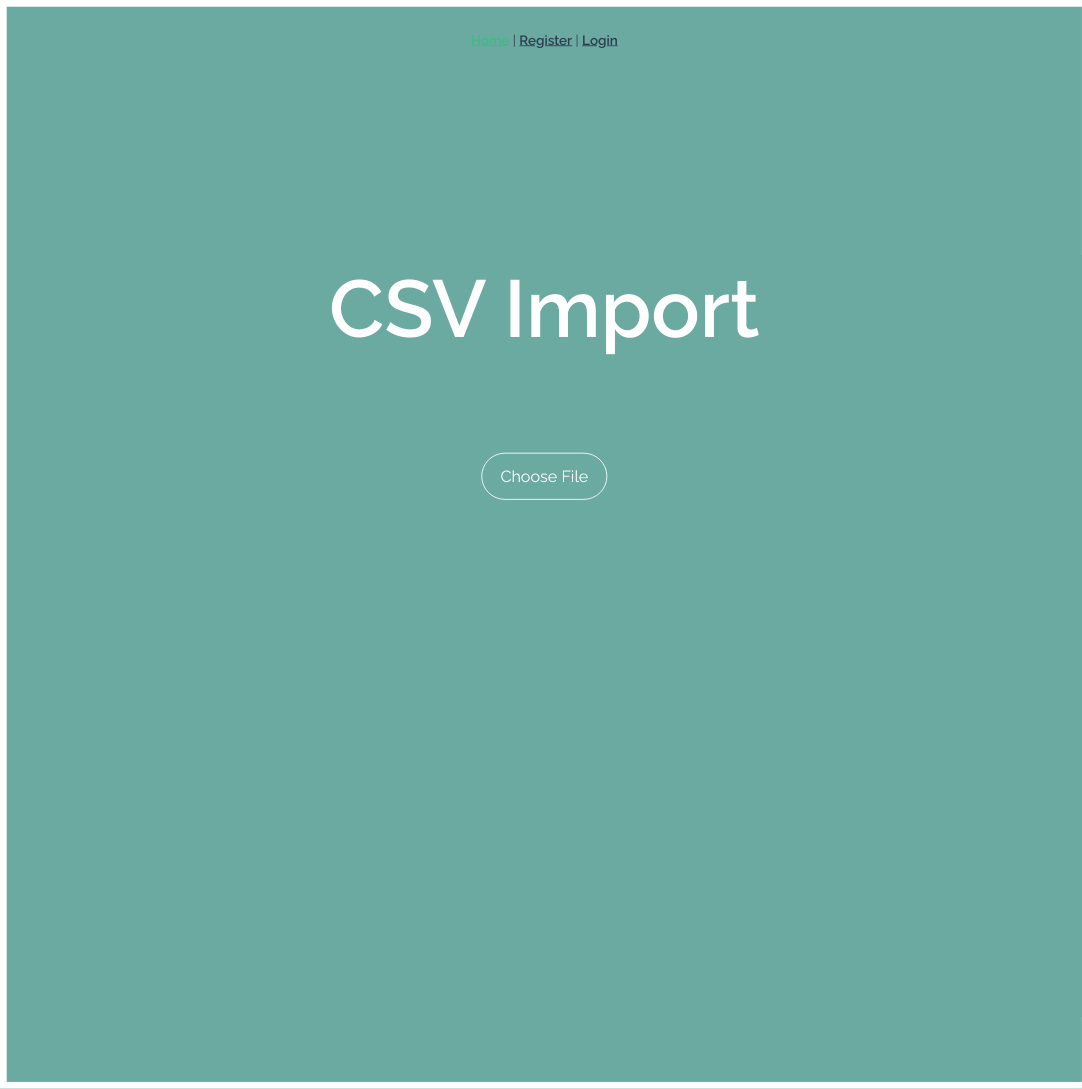
Repository: Flypr/licentaCSV
Page: /
The author's editor kept a copy of each file at every save. The page is drawn from the files as they stood at one save, then again after the next save.
The browser window is 1280 px wide. The page is 1288 px wide, then 1280 px, so the pictures cover 1288 px, including what lies to the right of the window. The pictures show the whole page, at 84% of full size.
The project was rebuilt for these pictures with package versions that can differ from the ones it lists, and the page was loaded fresh each time.

Above is the page before, as saved 2021-03-16 18:13:14.

After the next save:
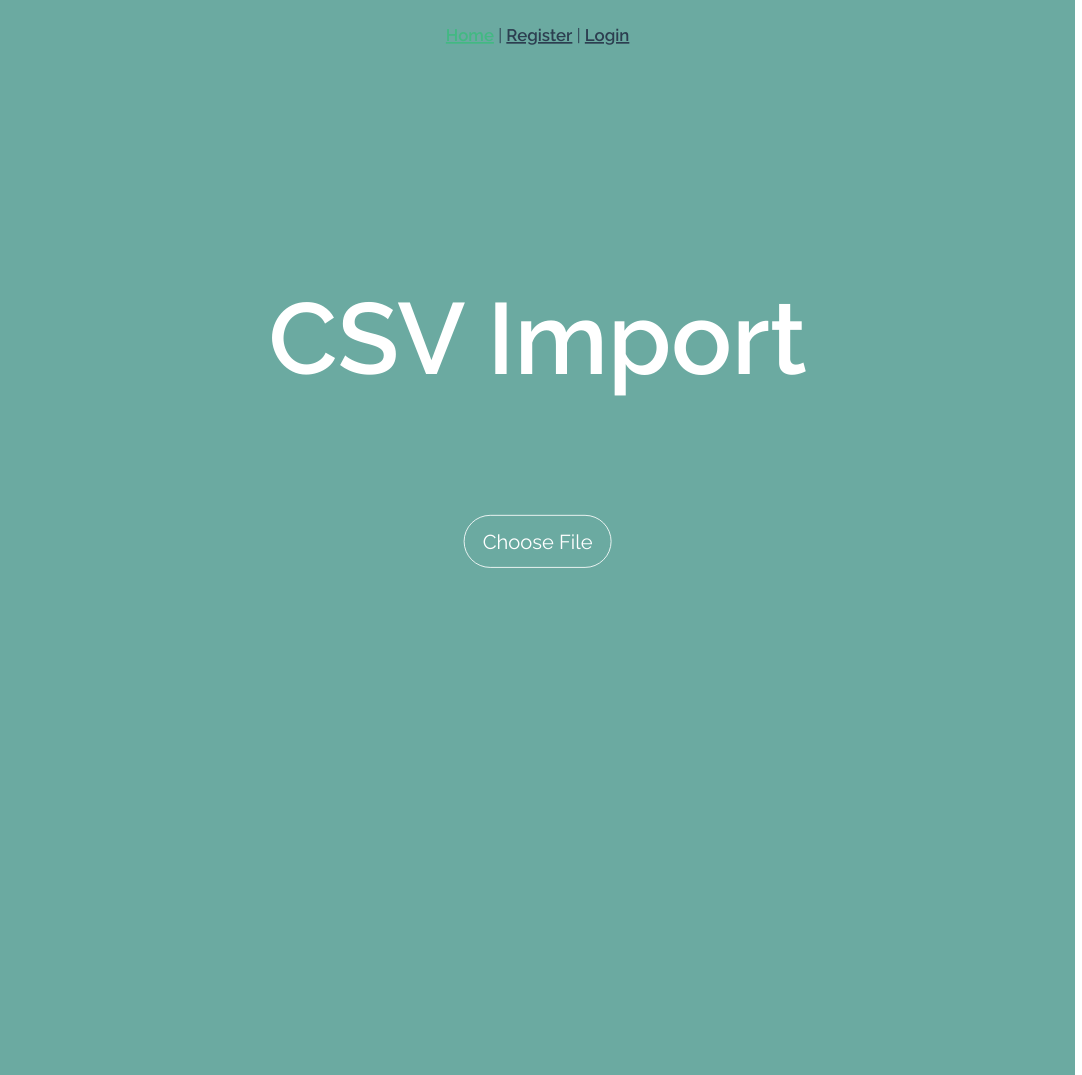
Saved 6 s later.
--- a/src/App.vue
+++ b/src/App.vue
@@ -16,6 +16,14 @@ export default {
 </script>
 
 <style>
+html,
+body {
+    margin: 0;
+    padding: 0;
+    font-size: 20px;
+    font-family: Raleway, Arial, Helvetica, sans-serif;
+}
+
 #app {
   font-family: Raleway, Helvetica, Arial, sans-serif;
   -webkit-font-smoothing: antialiased;
